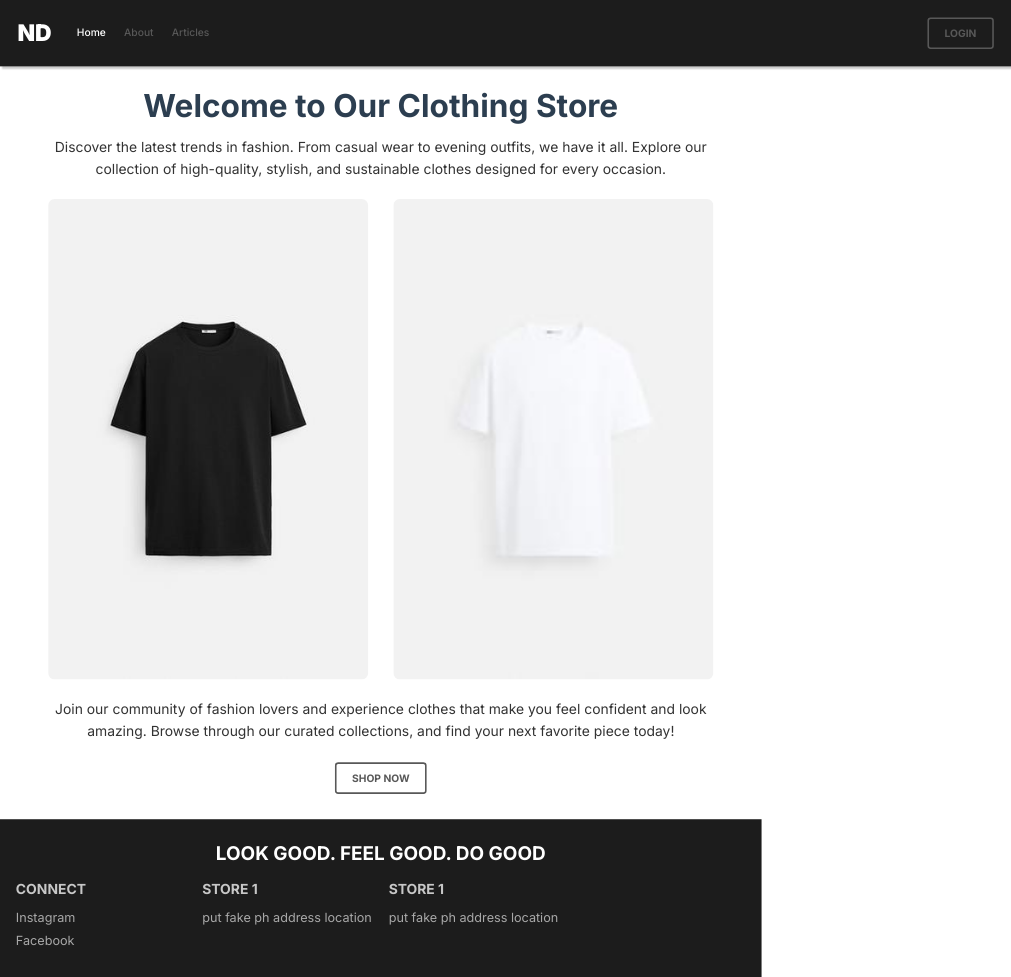
Repository: neomdavid/advancedwebprogramming
Page: /
These files come from the project's save history. The page is drawn as it stood at one moment and after the next save; the edit follows.
The browser window is 1280 px wide. The pictures show the whole page, at 79% of full size.
The project was rebuilt for these pictures with package versions that can differ from the ones it lists, and the page was loaded fresh each time. Also part of the build but not shown: vite.config.js, src/styles/AboutPage.css, src/pages/AboutPAge.jsx, src/styles/ArticleList.css, src/pages/ArticleList.jsx, src/pages/ArticlePage.jsx.

Above is the page before, as saved 2025-04-15 07:56:48.

### index.html
<!DOCTYPE html>
<html lang="en">
  <head>
    <meta charset="UTF-8" />
    <link rel="icon" type="image/svg+xml" href="/vite.svg" />
    <meta name="viewport" content="width=device-width, initial-scale=1.0" />
    <link rel="preconnect" href="https://fonts.googleapis.com" />
    <link rel="preconnect" href="https://fonts.gstatic.com" crossorigin />
    <link
      href="https://fonts.googleapis.com/css2?family=Inter:ital,opsz,wght@0,14..32,100..900;1,14..32,100..900&display=swap"
      rel="stylesheet"
    />
    <title>Vite + React</title>
  </head>
  <body>
    <div id="root"></div>
    <script type="module" src="/src/main.jsx"></script>
  </body>
</html>

### src/App.jsx
import "./App.css";
import Layout from "./components/Layout";
import AboutPage from "./pages/AboutPAge";
import ArticleList from "./pages/ArticleList";
import ArticlePage from "./pages/ArticlePage";
import HomePage from "./pages/HomePage";
import { createBrowserRouter, RouterProvider } from "react-router-dom";

const routes = [
  {
    path: "/",
    element: <Layout />,
    children: [
      {
        path: "/",
        element: <HomePage />,
      },
      {
        path: "/about",
        element: <AboutPage />,
      },
      {
        path: "/articles",
        element: <ArticleList />,
      },
      {
        path: "/articles/individual",
        element: <ArticlePage />,
      },
    ],
  },
];

const router = createBrowserRouter(routes);

function App() {
  return (
    <>
      <RouterProvider router={router} />
    </>
  );
}

export default App;

### src/App.css
* {
  margin: 0;
  padding: 0;
  font-family: "Inter";
}

button {
  padding: 0;
  margin: 0;
  border: none;
}

nav a,
a {
  color: inherit;
  text-decoration: none;
}
nav ul {
  list-style: none;
  padding: 0;
  margin: 0;
}
.heading {
  font-size: 2.5rem;
  margin-bottom: 1.5rem;
}

.content {
  line-height: 1.6;
  margin-bottom: 1.5rem;
  font-size: 1.1rem;
}

.outlet-container {
  margin-top: 200px;
}

footer {
  display: grid;
  grid-template-columns: 1fr;
  background-color: #1c1c1c;
  color: white;
  padding: 30px 20px;
  text-align: center;
  gap: 20px;
}

footer h1 {
  font-size: 1.5rem;
  font-weight: 700;
  text-transform: uppercase;
}

.footer-item h2 {
  font-size: 1.1rem;
  margin-bottom: 10px;
  text-transform: uppercase;
  color: #c7c7c7;
}

.footer-item p {
  margin: 5px 0;
  color: #a8a8a8;
}

/* Medium and up: display items side by side */
@media (min-width: 768px) {
  footer {
    grid-template-columns: repeat(4, 1fr);
    text-align: left;
  }

  footer h1 {
    grid-column: span 4;
    text-align: center;
  }
}

### src/components/Layout.jsx
import { Outlet } from "react-router-dom";
import Navbar from "./Navbar";
import "../App.css";
import Footer from "./Footer";
const Layout = () => {
  return (
    <>
      <Navbar />
      <Outlet className="outlet-container" />
      <Footer />
    </>
  );
};

export default Layout;

### src/pages/HomePage.jsx
import React from "react";
import "../styles/HomePage.css";
import Button from "../components/Button";
import product1 from "../assets/product1.jpg";
import product2 from "../assets/product2.jpg";

const HomePage = () => {
  return (
    <div className="home-container">
      <h1>Welcome to Our Clothing Store</h1>
      <p>
        Discover the latest trends in fashion. From casual wear to evening
        outfits, we have it all. Explore our collection of high-quality,
        stylish, and sustainable clothes designed for every occasion.
      </p>

      <div className="home-image-container">
        <img src={product1} alt="Product 1" className="home-image" />
        <img src={product2} alt="Product 2" className="home-image" />
      </div>

      <p>
        Join our community of fashion lovers and experience clothes that make
        you feel confident and look amazing. Browse through our curated
        collections, and find your next favorite piece today!
      </p>

      <Button>Shop Now</Button>
    </div>
  );
};

export default HomePage;

### src/components/Navbar.jsx
import React from "react";
import { Link, NavLink } from "react-router-dom";
import Button from "./Button";
import "../styles/Navbar.css";
const Navbar = () => {
  return (
    <nav className="">
      <div className="left-section">
        <div className="logo">
          <h1>
            N<span>D</span>
          </h1>
        </div>
        <ul>
          <li>
            <NavLink
              to="/"
              className={({ isActive }) =>
                isActive ? "nav-link active" : "nav-link"
              }
            >
              Home
            </NavLink>
          </li>
          <li>
            <NavLink
              to="/about"
              className={({ isActive }) =>
                isActive ? "nav-link active" : "nav-link"
              }
            >
              About
            </NavLink>
          </li>
          <li>
            <NavLink
              to="/articles"
              className={({ isActive }) =>
                isActive ? "nav-link active" : "nav-link"
              }
            >
              Articles
            </NavLink>
          </li>
        </ul>
      </div>

      <Button>
        <p>Login</p>
      </Button>
    </nav>
  );
};

export default Navbar;

### src/components/Footer.jsx
import React from "react";

const Footer = () => {
  return (
    <footer>
      <h1>Look Good. Feel Good. Do Good</h1>
      <div className="footer-item">
        <h2>Connect</h2>
        <p>Instagram</p>
        <p>Facebook</p>
      </div>
      <div className="footer-item">
        <h2>Store 1</h2>
        <p>put fake ph address location</p>
      </div>
      <div className="footer-item">
        <h2>Store 1</h2>
        <p>put fake ph address location</p>
      </div>
    </footer>
  );
};

export default Footer;

### src/styles/HomePage.css
.home-container {
  max-width: 900px;
  margin: 0 auto;
  padding: 2rem;
  text-align: center;
  color: #333;
  margin-top: 80px;
}

.home-container h1 {
  font-size: 2.5rem;
  margin-bottom: 1rem;
  color: #2c3e50;
}

.home-container p {
  font-size: 1.1rem;
  line-height: 1.6;
  margin-bottom: 1.5rem;
}

.home-image-container {
  display: flex;
  gap: 2rem;
  justify-content: center;
  margin-bottom: 1.5rem;
}

.home-image {
  width: 45%; /* Adjust width if needed */
  height: auto;
  border-radius: 8px;
}

.shop-now-btn {
  padding: 12px 30px;
  background-color: #2ecc71;
  color: white;
  border: none;
  border-radius: 4px;
  font-size: 1.1rem;
  cursor: pointer;
  transition: background-color 0.3s;
}

.shop-now-btn:hover {
  background-color: #27ae60;
}

### src/components/Button.jsx
import "../styles/Button.css";
const Button = ({ children, onClick }) => {
  return (
    <button className="custom-button" onClick={onClick}>
      {children}
    </button>
  );
};

export default Button;

### src/styles/Navbar.css
nav {
  background-color: #1c1c1c;
  display: flex;
  justify-content: space-between;
  align-items: center;
  color: #ffffff;
  padding: 22px 22px;
  box-shadow: 3px 3px 2px rgba(0, 0, 0, 0.2);
  position: fixed;
  top: 0;
  left: 0;
  right: 0;
}
ul {
  display: flex;
  align-items: center;
  gap: 23px;
  font-size: small;
  font-weight: 600;
}
.left-section {
  display: flex;

  gap: 32px;
}

.logo h1 {
  font-weight: 900;
  font-size: 29px;
}
.logo span {
  font-weight: 900;
}

.nav-link {
  color: #585858;
  transition: all 0.3s;
}
.nav-link.active {
  color: white;
}
.nav-link:hover {
  color: #afafaf;
}
.nav-link.active:hover {
  color: white;
}

### src/styles/Button.css
.custom-button {
  padding: 10px 20px;
  background-color: transparent;
  border: solid 2px #585858;
  border-radius: 4px;
  color: #585858;
  text-transform: uppercase;
  font-weight: bold;
  font-size: small;
  transition: all 0.3s ease;
}
.custom-button:hover {
  cursor: pointer;
  border: solid 2px rgba(255, 255, 255, 0.811);
  color: rgba(255, 255, 255, 0.811);
  border-radius: 8px;
}

Loaded but not shown: src/main.jsx (common file); src/index.css (common file)

After the next save:
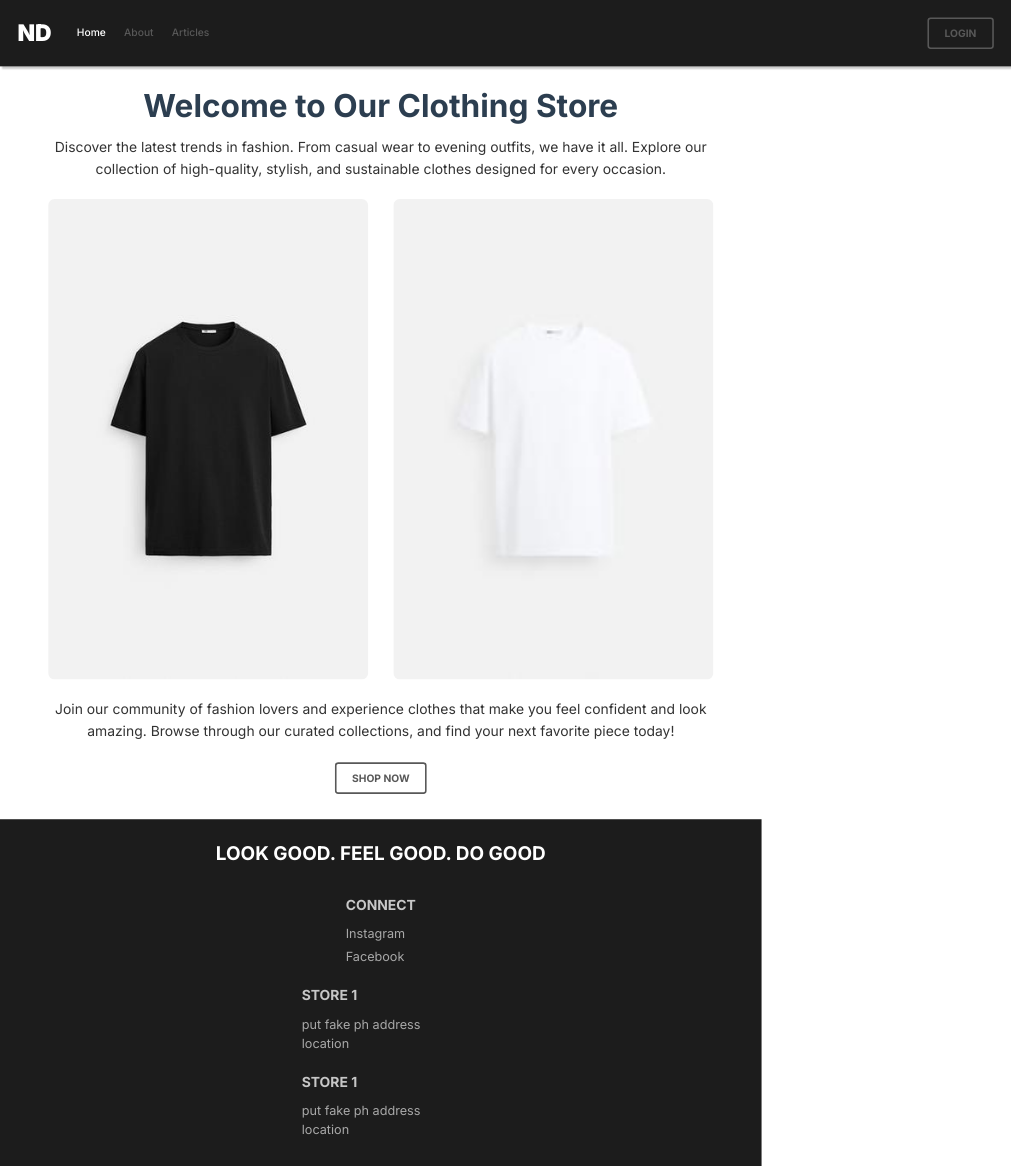
Saved 57 s later.
--- a/src/App.css
+++ b/src/App.css
@@ -51,6 +51,7 @@
   text-transform: uppercase;
 }
 
+/* Footer items styling */
 .footer-item h2 {
   font-size: 1.1rem;
   margin-bottom: 10px;
@@ -63,15 +64,30 @@
   color: #a8a8a8;
 }
 
-/* Medium and up: display items side by side */
+/* Layout for wider screens */
 @media (min-width: 768px) {
   footer {
-    grid-template-columns: repeat(4, 1fr);
-    text-align: left;
+    display: flex;
+    flex-direction: column;
+    align-items: center;
   }
 
   footer h1 {
-    grid-column: span 4;
+    margin-bottom: 20px;
     text-align: center;
   }
+
+  .footer-row {
+    display: flex;
+    justify-content: space-around;
+    width: 100%;
+    max-width: 1200px;
+    gap: 30px;
+  }
+
+  .footer-item {
+    text-align: left;
+    flex: 1;
+    max-width: 200px;
+  }
 }
